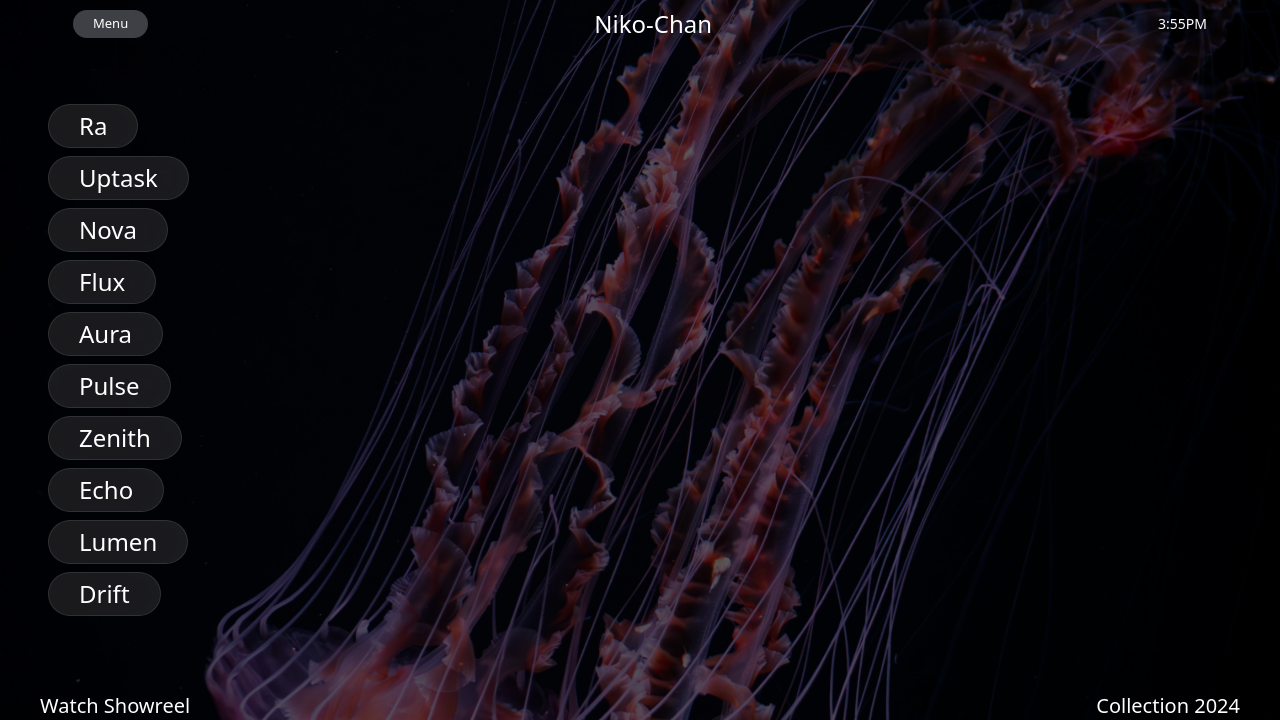
Repository: nikhilsinghrathore1/Niks_indian_local
Page: /
These files come from the project's save history. The page is drawn as it stood at one moment and after the next save; the edit follows.
The browser window is 1280 px wide. The pictures show the whole page.
The project was rebuilt for these pictures with package versions that can differ from the ones it lists, and the page was loaded fresh each time. Also part of the build but not shown: vite.config.ts.

Above is the page before, as saved 2024-08-27 11:27:30.

### src/App.tsx
import { useState } from 'react'
import reactLogo from './assets/react.svg'
import viteLogo from '/vite.svg'
import './App.css'
import Landing from './Components/Landing'

function App() {
  const [count, setCount] = useState(0)

  return (
    <>

      <Landing/>
    </>
  )
}

export default App

### src/App.css
@font-face {
               font-family:font1 ;
               src: url("./assets/Fontspring-DEMO-rocgroteskcomp-regular.otf");
}

.f1{
               font-family: font1;
}

.item>p{
               padding: 6px 30px;

               font-weight: lighter;
               background-color: rgba(255, 255, 255, 0.1);
               border-radius: 40px;
               border: 1px solid rgba(255, 255, 255, 0.1);
               backdrop-filter: blur(20px);
               transition: 0.3s;
}

.item>p:hover{
               background: none;
               border: 1px solid rgba(255, 255, 255, 0.25);
}

.preview{
               position: fixed ;
               width: 100% ;
               height: 100% ;
               color: #fff;
               z-index: 1;
}

.preview-bg{
               position: absolute;
               width: 100%;
               pointer-events: none;
               height: 100%;
               opacity: 0.35;
}

.preview-title h1{
               font-weight:  lighter;
               font-size: 80px;
}

.preview p , .preview-description p{
               font-size: 14px;
               line-height: 120%;
}

.preview-varient-1 .preview-img{
               position: absolute;
               bottom: 0;
               right: 0;
               margin: 2em;
               width: 300px;
               height: 400px;
               clip-path: polygon(0% 100%, 100%, 100% , 100% 100% , 0% 100%);

}

.preview-varient-1 .preview-title{
               position: absolute;
               top: 35%;
               left: 25%;
}
.preview-varient-1 .preview-tags{
               position: absolute;
               top: 35%;
               left: 40%;
}

.preview-varient-1 .preview-description{
               width: 250px;
               position: absolute;
               top: 25%;
               right: 25%;
}
.preview-varient-3 .preview-img{
               position: absolute;
               bottom: 10%;
               left: 15%;
               margin: 2em;
               width: 300px;
               height: 400px;
               clip-path: polygon(0% 0%, 0%, 0% , 0% 100% , 0% 100%);

}

.preview-varient-3 .preview-title{
               position: absolute;
               bottom: 40%;
               right: 15%;
}
.preview-varient-3 .preview-tags{
               position: absolute;
               bottom: 20%;
               right: 30%;
}

.preview-varient-3 .preview-description{
               width: 250px;
               position: absolute;
               left: 20%;
               top: 15%;
}
.preview-varient-2 .preview-img{
               position: absolute;
               top: 10%;
               right: 5%;
               margin: 2em;
               width: 300px;
               height: 400px;
               clip-path: polygon(100% 0%, 100%, 0% , 100% 100% , 100% 100%);

}

.preview-varient-2 .preview-title{
               position: absolute;
               bottom: 30%;
               left: 50%;
}
.preview-varient-2 .preview-tags{
               position: absolute;
               top: 25%;
               left: 25%;
}

.preview-varient-3 .preview-description{
               width: 250px;
               position: absolute;
               right: 10%;
               bottom: 15%;
}

### src/Components/Landing.tsx
// Landing.tsx
import { useEffect, useRef } from 'react';
import gsap from 'gsap';
import img1 from '../assets/img1.jpg';
import img2 from '../assets/img2.jpg';
import img3 from '../assets/img3.jpg';
import img4 from '../assets/img4.jpg';
import img5 from '../assets/img5.jpg';
import img6 from '../assets/img6.jpg';
import img7 from '../assets/img7.jpg';
import img8 from '../assets/img8.jpg';
import img9 from '../assets/img9.jpg';
import img10 from '../assets/img10.jpg';
import defaultBg from '../assets/default-bg.jpg';

interface TransformProps {
  x?: number;
  y?: number;
  opacity?: number;
}

type VariantTransform = {
  [key: string]: {
    [elementClass: string]: TransformProps;
  };
};

const mapClasses = [
  'variant-1',
  'variant-2',
  'variant-3',
  'variant-1',
  'variant-2',
  'variant-3',
  'variant-1',
  'variant-2',
  'variant-3',
  'variant-1',
];

const previews = [
  {
    img: img1,
    title: 'Ra',
    tags: 'Futuristic Fashion, Minimal Design',
    description:
      'Exploring the intersection of minimalism and future fashion trends in web design.',
    bg: img1,
  },
  {
    img: img2,
    title: 'Uptask',
    tags: 'Fashion Innovation, Graphic Simplicity',
    description:
      'Innovative fashion web design with a core focus on simplicity and elegance.',
    bg: img2,
  },
  {
    img: img3,
    title: 'Nova',
    tags: 'Space Inspired, Modern Aesthetics',
    description:
      'A modern take on space-inspired designs blending technology and art.',
    bg: img3,
  },
  {
    img: img4,
    title: 'Flux',
    tags: 'Dynamic Layouts, Vibrant Colors',
    description:
      'Dynamic and colorful layouts that capture attention and engage users.',
    bg: img4,
  },
  {
    img: img5,
    title: 'Aura',
    tags: 'Serene Designs, Pastel Themes',
    description:
      'Creating calm and soothing user experiences through pastel-themed designs.',
    bg: img5,
  },
  {
    img: img6,
    title: 'Pulse',
    tags: 'Energetic Vibes, Bold Typography',
    description:
      'Harnessing energy and movement with bold typography and striking visuals.',
    bg: img6,
  },
  {
    img: img7,
    title: 'Zenith',
    tags: 'Peak Performance, Sleek Interfaces',
    description:
      'Designs focused on peak performance and sleek, intuitive interfaces.',
    bg: img7,
  },
  {
    img: img8,
    title: 'Echo',
    tags: 'Repetitive Patterns, Minimalist Touch',
    description:
      'Utilizing repetitive patterns to create harmony and balance in design.',
    bg: img8,
  },
  {
    img: img9,
    title: 'Lumen',
    tags: 'Light Themes, Clarity Focused',
    description:
      'Emphasizing clarity and readability through light-themed designs.',
    bg: img9,
  },
  {
    img: img10,
    title: 'Drift',
    tags: 'Fluid Movements, Abstract Forms',
    description:
      'Incorporating fluid movements and abstract forms for a unique user experience.',
    bg: img10,
  },
];

const Landing: React.FC = () => {
  const containerRef = useRef<HTMLDivElement>(null);
  const previewBgRef = useRef<HTMLDivElement>(null);
  const itemsRef = useRef<Array<HTMLDivElement | null>>([]);

  useEffect(() => {
    const defaultClipPath: { [key: string]: string } = {
      'variant-1': 'polygon(0% 100%, 100% 100%, 100% 100%, 0% 100%)',
      'variant-2': 'polygon(100% 0%, 100% 0%, 100% 100%, 100% 100%)',
      'variant-3': 'polygon(0% 0%, 0% 0%, 0% 100%, 0% 100%)',
    };

    const variantTransform: VariantTransform = {
      'variant-1': {
        title: { x: 75, opacity: 0 },
        tags: { y: -75, opacity: 0 },
        description: { x: -75, opacity: 0 },
      },
      'variant-2': {
        title: { x: -75, opacity: 0 },
        tags: { y: -75, opacity: 0 },
        description: { y: 75, opacity: 0 },
      },
      'variant-3': {
        title: { x: 75, opacity: 0 },
        tags: { y: 75, opacity: 0 },
        description: { x: 75, opacity: 0 },
      },
    };

    const getDefaultClipPath = (previewElement: HTMLDivElement): string => {
      for (const variant in defaultClipPath) {
        if (previewElement.classList.contains(variant)) {
          return defaultClipPath[variant];
        }
      }
      return 'polygon(100% 0%, 0% 0%, 0% 100%, 100% 100%)';
    };

    const applyVariantStyle = (
      previewElement: HTMLDivElement,
      reset: boolean = false
    ) => {
      const variant = mapClasses[Array.from(previewElement.classList).findIndex(cls => cls.startsWith('variant-'))];
      if (variant && variantTransform[variant]) {
        Object.entries(variantTransform[variant]).forEach(
          ([elementClass, transform]) => {
            const element = previewElement.querySelector(
              `.preview-${elementClass}`
            ) as HTMLElement;
            if (element) {
              gsap.set(element, reset ? transform : { x: 0, y: 0, opacity: 1 });
            }
          }
        );
      }
    };

    const changeBg = (newImgSrc: string) => {
      if (previewBgRef.current) {
        gsap.to(previewBgRef.current, {
          backgroundImage: `url(${newImgSrc})`,
          duration: 0.5,
          ease: 'power3.out',
        });
      }
    };

    // Create preview elements
    previews.forEach((preview, index) => {
      const previewElement = document.createElement('div');
      previewElement.className = `preview ${mapClasses[index]} preview-${index + 1}`;
      previewElement.style.opacity = '0';
      previewElement.style.position = 'absolute';
      previewElement.style.top = '50%';
      previewElement.style.left = '50%';
      previewElement.style.transform = 'translate(-50%, -50%)';
      previewElement.style.pointerEvents = 'none';
      previewElement.innerHTML = `
        <div class="preview-img">
          <img src="${preview.img}" alt="${preview.title}" />
        </div>
        <div class="preview-title">
          <h1>${preview.title}</h1>
        </div>
        <div class="preview-tags">
          <p>${preview.tags}</p>
        </div>
        <div class="preview-description">
          <p>${preview.description}</p>
        </div>
      `;
      if (containerRef.current) {
        containerRef.current.appendChild(previewElement);
        applyVariantStyle(previewElement, true);
      }
    });

    let activePreview: HTMLDivElement | null = null;

    itemsRef.current.forEach((item, index) => {
      if (item) {
        item.addEventListener('mouseenter', () => {
          const newBg = previews[index].bg;
          changeBg(newBg);

          const newActivePreview = containerRef.current?.querySelector(
            `.preview-${index + 1}`
          ) as HTMLDivElement;

          if (activePreview && activePreview !== newActivePreview) {
            gsap.to(activePreview, {
              opacity: 0,
              duration: 0.5,
              ease: 'power3.out',
              onComplete: () => applyVariantStyle(activePreview!, true),
            });
          }

          gsap.to(newActivePreview, {
            opacity: 1,
            duration: 0.5,
            ease: 'power3.out',
            onStart: () => applyVariantStyle(newActivePreview, false),
          });

          activePreview = newActivePreview;
        });

        item.addEventListener('mouseleave', () => {
          if (activePreview) {
            gsap.to(activePreview, {
              opacity: 0,
              duration: 0.5,
              ease: 'power3.out',
              onComplete: () => applyVariantStyle(activePreview!, true),
            });
            activePreview = null;
            changeBg(defaultBg);
          }
        });
      }
    });

    // Set initial background
    changeBg(defaultBg);
  }, []);

  return (
    <div className='w-full h-screen overflow-hidden fixed text-white bg-black'>
      {/* Nav Bar */}
      <nav className='w-full fixed flex pt-2 items-center justify-around gap-[300px]  z-50'>
        <div className='menu-btn w-fit bg-zinc-700 rounded-full backdrop-blur-md px-5 py-1 cursor-pointer'>
          <h1 className='text-[13px]'>Menu</h1>
        </div>
        <div className='logo  text-2xl'>
          <h1>Niko-Chan</h1>
        </div>
        <div className='local-time text-sm'>
          <h1>3:55PM</h1>
        </div>
      </nav>

      {/* Footer */}
      <div className='footer fixed px-10 bottom-0 text-xl flex items-center justify-between w-full z-50'>
        <p>Watch Showreel</p>
        <p>Collection 2024</p>
      </div>

      {/* Items List */}
      <div
        className='items fixed w-1/3 h-full flex flex-col px-12 text-2xl leading-tight capitalize justify-center z-30'
        >
        {previews.map((preview, index) => (
          <div
            key={index}
            className='item w-fit py-1  text-xm cursor-pointer'
            ref={(el) => (itemsRef.current[index] = el)}
          >
            <p >{preview.title}</p>
          </div>
        ))}
      </div>

      {/* Preview Background */}
      <div
        className='preview-bg fixed top-0 left-0 w-full h-full bg-cover bg-center z-10 transition-all duration-500 ease-out'
        ref={previewBgRef}
      ></div>

      {/* Preview Container */}
      <div
        className='preview-container fixed top-0 left-0 w-full h-full pointer-events-none z-20'
        ref={containerRef}
      ></div>
    </div>
  );
};

export default Landing;

Loaded but not shown: index.html (common file); src/main.tsx (common file); src/index.css (common file); tailwind.config.js (common file)

After the next save:
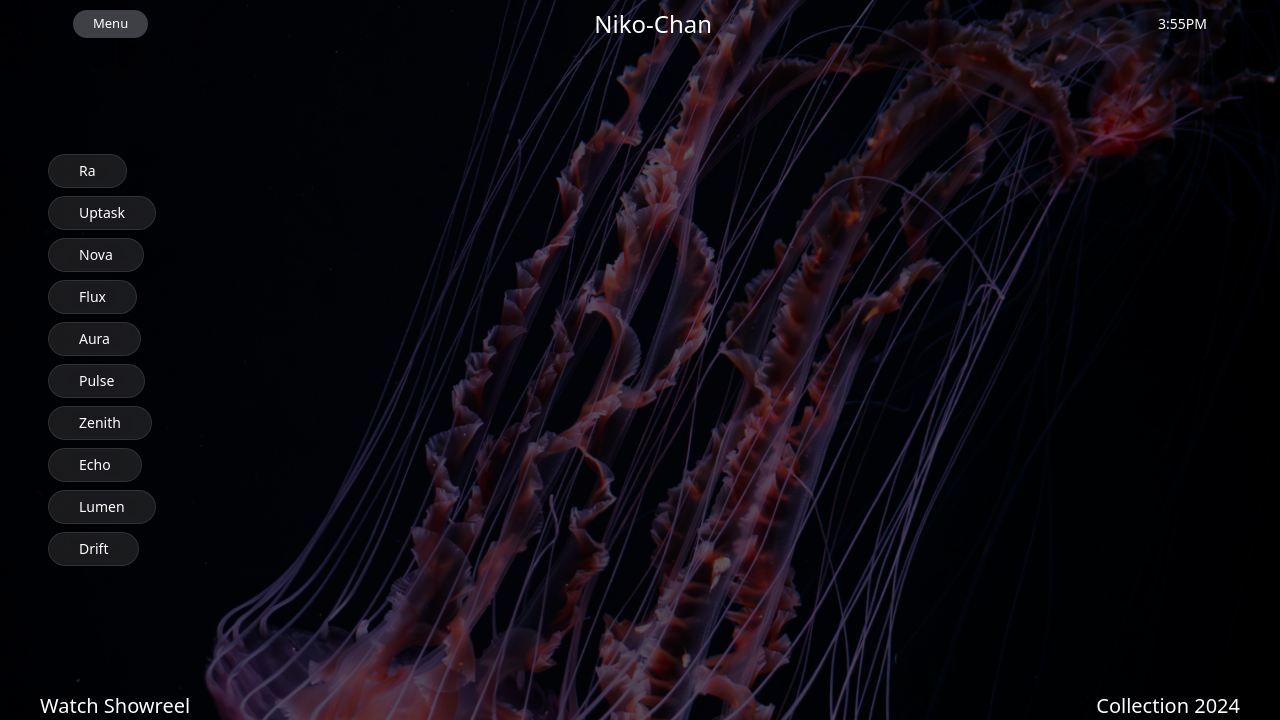
Saved 4 s later.
--- a/src/Components/Landing.tsx
+++ b/src/Components/Landing.tsx
@@ -297,7 +297,7 @@ const Landing: React.FC = () => {
         {previews.map((preview, index) => (
           <div
             key={index}
-            className='item w-fit py-1  text-xm cursor-pointer'
+            className='item w-fit py-1  text-sm cursor-pointer'
             ref={(el) => (itemsRef.current[index] = el)}
           >
             <p >{preview.title}</p>
